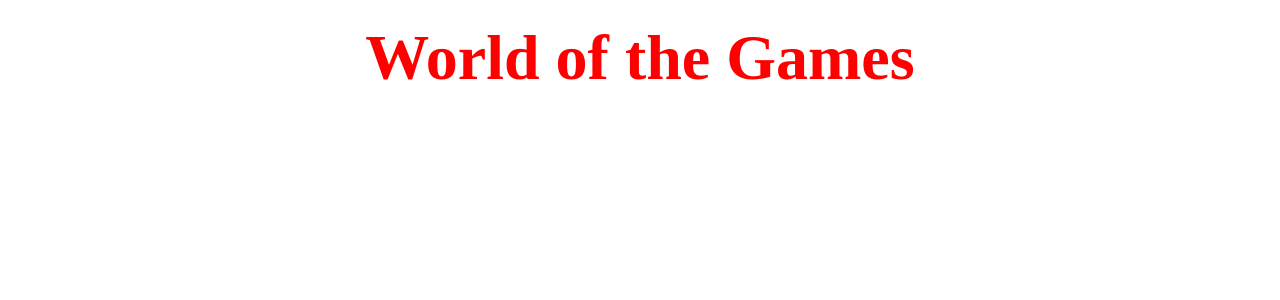
Repository: TSSKDevAcademy1/JGREGA_GStudio
Page: jboss-javaee6-webapp/src/main/webapp/gameStudio.html
The author's editor kept a copy of each file at every save. The page is drawn from the files as they stood at one save, then again after the next save.
The browser window is 1280 px wide. The pictures show the whole page.

Above is the page before, as saved 2015-09-05 17:31:47.

### jboss-javaee6-webapp/src/main/webapp/gameStudio.html
<!DOCTYPE html>
<html>
<head>
<meta charset="UTF-8">
<link rel="icon" href="resources/gfx/favicon.png"/>
<link rel="stylesheet" href="resources/css/style.css">
<title>Game Studio</title>
</head>
<body>

<div class="col span_12_of_12">
	<h1>World of the Games</h1>
</div>


</body>
</html>

### jboss-javaee6-webapp/src/main/webapp/resources/css/style.css

#field {
    width: 450px;
    margin: 0 auto;
    align: center;
    padding-bottom:
    border-radius:0px;
	border:5px solid #ffaa22;
}

h1 {
   /* width: 450px;*/
    margin: 0 auto;
    text-align: center;
    font-size: 2em;
    color: #FF0000;
    font-size: 4em;
}

#button{
	width: 450px;
    margin: 0 auto;
    align: center;
   	text-align: center;
}

.backImage {
    background-image: url('../images/header.jpg');
}

/* ---------------Button(New Game)---------------- */

.myButton {
	-moz-box-shadow: 2px -1px 20px 3px #fff6af;
	-webkit-box-shadow: 2px -1px 20px 3px #fff6af;
	box-shadow: 2px -1px 20px 3px #fff6af;
	background:-webkit-gradient(linear, left top, left bottom, color-stop(0.05, #ffec64), color-stop(1, #ffab23));
	background:-moz-linear-gradient(top, #ffec64 5%, #ffab23 100%);
	background:-webkit-linear-gradient(top, #ffec64 5%, #ffab23 100%);
	background:-o-linear-gradient(top, #ffec64 5%, #ffab23 100%);
	background:-ms-linear-gradient(top, #ffec64 5%, #ffab23 100%);
	background:linear-gradient(to bottom, #ffec64 5%, #ffab23 100%);
	filter:progid:DXImageTransform.Microsoft.gradient(startColorstr='#ffec64', endColorstr='#ffab23',GradientType=0);
	background-color:#ffec64; /*#ffec64*/
	-moz-border-radius:42px;
	-webkit-border-radius:42px;
	border-radius:42px;
	border:2px solid #ffaa22;
	display:inline-block;
	cursor:pointer;
	color:#333333;
	font-family:Courier New;
	font-size:20px;
	font-weight:bold;
	padding:4px 8px;
	text-decoration:none;
	text-shadow:1px -2px 2px #ffee66;
	margin-top: 5px;
	margin-bottom: 5px;

}
.myButton:hover {
	background:-webkit-gradient(linear, left top, left bottom, color-stop(0.05, #ffab23), color-stop(1, #ffec64));
	background:-moz-linear-gradient(top, #ffab23 5%, #ffec64 100%);
	background:-webkit-linear-gradient(top, #ffab23 5%, #ffec64 100%);
	background:-o-linear-gradient(top, #ffab23 5%, #ffec64 100%);
	background:-ms-linear-gradient(top, #ffab23 5%, #ffec64 100%);
	background:linear-gradient(to bottom, #ffab23 5%, #ffec64 100%);
	filter:progid:DXImageTransform.Microsoft.gradient(startColorstr='#ffab23', endColorstr='#ffec64',GradientType=0);
	background-color:#ffab23;
}
.myButton:active {
	position:relative;
	top:1px;
}

/* ---------------Button(Get Game)---------------- */

.get {
	/*	-moz-box-shadow:inset 1px 0px 50px 0px #9acc85;
	-webkit-box-shadow:inset 1px 0px 50px 0px #9acc85;
	box-shadow:inset 1px 0px 50px 0px #9acc85; */
	background-color:transparent;
	display:inline-block;
	cursor:pointer;
	color:#ffffff;
	font-family:Arial;
	font-size:28px;
	font-weight:bold;
	/*padding:120px 210px;*/
	text-decoration:none;
	height: 190px;
	width: 338px;
}
.get:hover {
	background-color:transparent;
}
.get:active {
	position:relative;
	top:1px;
}


/* ---------------Stones---------------- */
.Stone {
	-moz-box-shadow:inset 0px 0px 50px 3px #54a3f7;
	-webkit-box-shadow:inset 0px 0px 50px 3px #54a3f7;
	box-shadow:inset 0px 0px 50px 3px #54a3f7;
	background:-webkit-gradient(linear, left top, left bottom, color-stop(0.05, #007dc1), color-stop(1, #0061a7));
	background:-moz-linear-gradient(top, #007dc1 5%, #0061a7 100%);
	background:-webkit-linear-gradient(top, #007dc1 5%, #0061a7 100%);
	background:-o-linear-gradient(top, #007dc1 5%, #0061a7 100%);
	background:-ms-linear-gradient(top, #007dc1 5%, #0061a7 100%);
	background:linear-gradient(to bottom, #007dc1 5%, #0061a7 100%);
	filter:progid:DXImageTransform.Microsoft.gradient(startColorstr='#007dc1', endColorstr='#0061a7',GradientType=0);
	background-color:#007dc1;
	border:4px solid #124d77;
	display:inline-block;
	cursor:pointer;
	color:#ffffff;
	font-family:Impact;
	font-size:28px;
	padding:21px 28px;
	text-decoration:none;
	text-shadow:3px -1px 5px #154682;
	height: 30;
	width: 30;
}
.Stone:hover {
	background:-webkit-gradient(linear, left top, left bottom, color-stop(0.05, #0061a7), color-stop(1, #007dc1));
	background:-moz-linear-gradient(top, #0061a7 5%, #007dc1 100%);
	background:-webkit-linear-gradient(top, #0061a7 5%, #007dc1 100%);
	background:-o-linear-gradient(top, #0061a7 5%, #007dc1 100%);
	background:-ms-linear-gradient(top, #0061a7 5%, #007dc1 100%);
	background:linear-gradient(to bottom, #0061a7 5%, #007dc1 100%);
	filter:progid:DXImageTransform.Microsoft.gradient(startColorstr='#0061a7', endColorstr='#007dc1',GradientType=0);
	background-color:#0061a7;
}
.Stone:active {
	position:relative;
	top:1px;
}

/*---------------Empty Stone--------------*/
.Empty {
	-moz-box-shadow:inset 0px 0px 50px 3px #ffffff;
	-webkit-box-shadow:inset 0px 0px 50px 3px #ffffff;
	box-shadow:inset 0px 0px 50px 3px #ffffff;
	background:-webkit-gradient(linear, left top, left bottom, color-stop(0.05, #ffffff), color-stop(1, #ffffff));
	background:-moz-linear-gradient(top, #ffffff 5%, #ffffff 100%);
	background:-webkit-linear-gradient(top, #ffffff 5%, #ffffff 100%);
	background:-o-linear-gradient(top, #ffffff 5%, #ffffff 100%);
	background:-ms-linear-gradient(top, #ffffff 5%, #ffffff 100%);
	background:linear-gradient(to bottom, #ffffff 5%, #ffffff 100%);
	filter:progid:DXImageTransform.Microsoft.gradient(startColorstr='#ffffff', endColorstr='#ffffff',GradientType=0);
	background-color:#ffffff;
	/*border:4px solid #ffffff;*/
	border:4px solid #ffffff;
	display:inline-block;
	cursor:pointer;
	color:#ffffff;
	font-family:Impact;
	font-size:28px;
	padding:21px 28px;
	text-decoration:none;
	text-shadow:3px -1px 5px #ffffff;
	height: 30;
	width: 30;
}
.Empty:hover {
	background:-webkit-gradient(linear, left top, left bottom, color-stop(0.05, #ffffff), color-stop(1, #ffffff));
	background:-moz-linear-gradient(top, #ffffff 5%, #ffffff 100%);
	background:-webkit-linear-gradient(top, #ffffff 5%, #ffffff 100%);
	background:-o-linear-gradient(top, #ffffff 5%, #ffffff 100%);
	background:-ms-linear-gradient(top, #ffffff 5%, #ffffff 100%);
	background:linear-gradient(to bottom, #ffffff 5%, #ffffff 100%);
	filter:progid:DXImageTransform.Microsoft.gradient(startColorstr='#ffffff', endColorstr='#ffffff',GradientType=0);
	background-color:#ffffff;
}
.Empty:active {
	position:relative;
	top:1px;
}

/* ---------------12columns---------------- */
/*  SECTIONS  */
.section {
	clear: both;
	padding: 0px;
	margin: 0px;
}

/*  COLUMN SETUP  */
.col {
	display: block;
	float:left;
	margin: 1% 0 1% 0%;
	text-align: center;
}

.colHeader {
	display: block;
	float:left;
	margin: 0% 0 0% 0%;
	text-align: center;
	background-color: black;
}

.col:first-child { margin-left: 0; }

/*  GROUPING  */
.group:before,
.group:after { content:""; display:table; }
.group:after { clear:both;}
.group { zoom:1; /* For IE 6/7 */ }
/*  GRID OF TWELVE  */
.span_12_of_12 {
	width: 100%;
}

.span_11_of_12 {
  	width: 91.66%;
}
.span_10_of_12 {
  	width: 83.33%;
}

.span_9_of_12 {
  	width: 75%;
}

.span_8_of_12 {
  	width: 66.66%;
}

.span_7_of_12 {
  	width: 58.33%;
}

.span_6_of_12 {
  	width: 56.8%; /*50% alebo auto*/
}

.span_5_of_12 {
  	width: 22.1%;
}

.span_4_of_12 {
  	width: 33.33%;
}

.span_3_of_12 {
  	width: 22.1%; /*25% alebo 410*/
}

.span_2_of_12 {
  	width: 16.66%;
}

.span_1_of_12 {
  	width: 8.333%;
}

/*  GO FULL WIDTH BELOW 480 PIXELS */
@media only screen and (max-width: 480px) {
	.col {  margin: 1% 0 1% 0%; }

    .span_1_of_12, .span_2_of_12, .span_3_of_12, .span_4_of_12, .span_5_of_12, .span_6_of_12, .span_7_of_12, .span_8_of_12, .span_9_of_12, .span_10_of_12, .span_11_of_12, .span_12_of_12 {
	width: 100%;
	}
}

/* ---------------------clickable------------------------------*/

div.clickable { /* Containing div must have a position value */ position:relative; }

div.clickable a { position:absolute; width:100%; height:100%; top:0; left:0; text-decoration:none;
/* Makes sure the link   doesn't get underlined */
z-index:10; /* raises anchor tag above everything else in div */
background-color:white;
/*workaround to make clickable in IE */
opacity: 0; /*workaround to make clickable in IE */
filter: alpha(opacity=1); /*workaround to make clickable in IE */ }


.div_text_shadow
{
color: rgb(138, 2, 2);
font-size: 81px;
background-color: transparent;
text-shadow: rgb(204, 204, 204) 0px 1px 0px, rgb(201, 201, 201) 0px 2px 0px, rgb(187, 187, 187) 0px 3px 0px, rgb(185, 185, 185) 0px 4px 0px, rgb(170, 170, 170) 0px 5px 0px, rgba(0, 0, 0, 0.0980392) 0px 6px 1px, rgba(0, 0, 0, 0.0980392) 0px 0px 5px, rgba(0, 0, 0, 0.298039) 0px 1px 3px, rgba(0, 0, 0, 0.14902) 0px 3px 5px, rgba(0, 0, 0, 0.2) 0px 5px 10px, rgba(0, 0, 0, 0.2) 0px 10px 10px, rgba(0, 0, 0, 0.0980392) 0px 20px 20px;
}

After the next save:
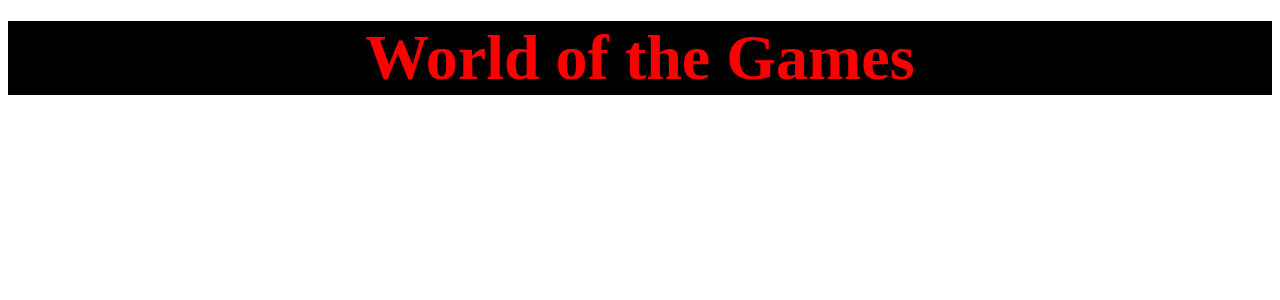
Saved 6 min 8 s later.
--- a/jboss-javaee6-webapp/src/main/webapp/gameStudio.html
+++ b/jboss-javaee6-webapp/src/main/webapp/gameStudio.html
@@ -8,7 +8,7 @@
 </head>
 <body>
 
-<div class="col span_12_of_12">
+<div class="col span_12_of_12" style="background-color: black;">
 	<h1>World of the Games</h1>
 </div>
 
